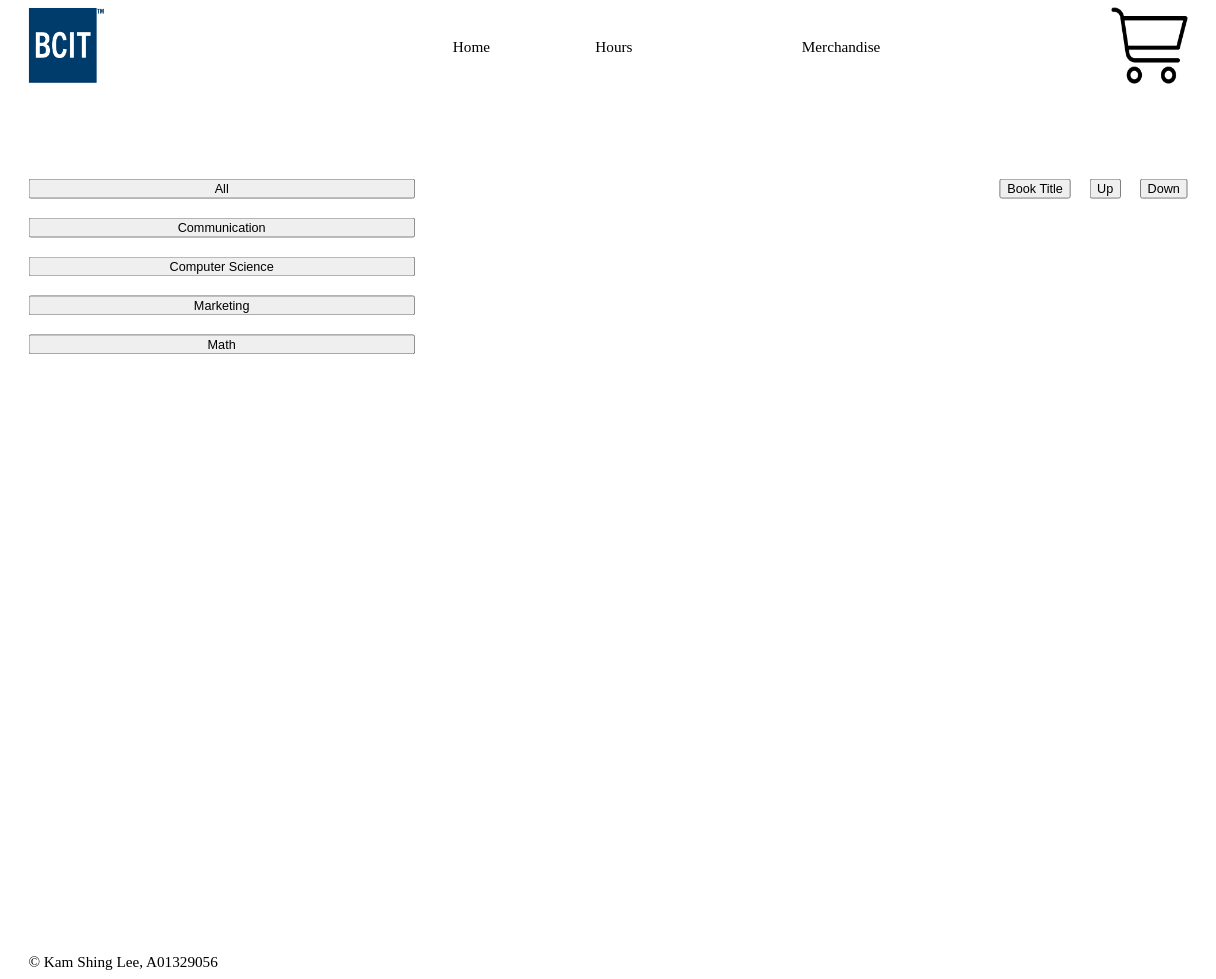
Repository: klee616/assessment3
Page: /
The author's editor kept a copy of each file at every save. The page is drawn from the files as they stood at one save, then again after the next save.
The browser window is 1280 px wide. The pictures show the whole page, at 95% of full size.
The project was rebuilt for these pictures with package versions that can differ from the ones it lists, and the page was loaded fresh each time. The framework's server and built-in components were replaced by stand-ins that run in the browser. Also part of the build but not shown: next.config.mjs, components/Product/Product.module.css, components/Product/index.js.

Above is the page before, as saved 2024-02-07 16:58:49.

After the next save:
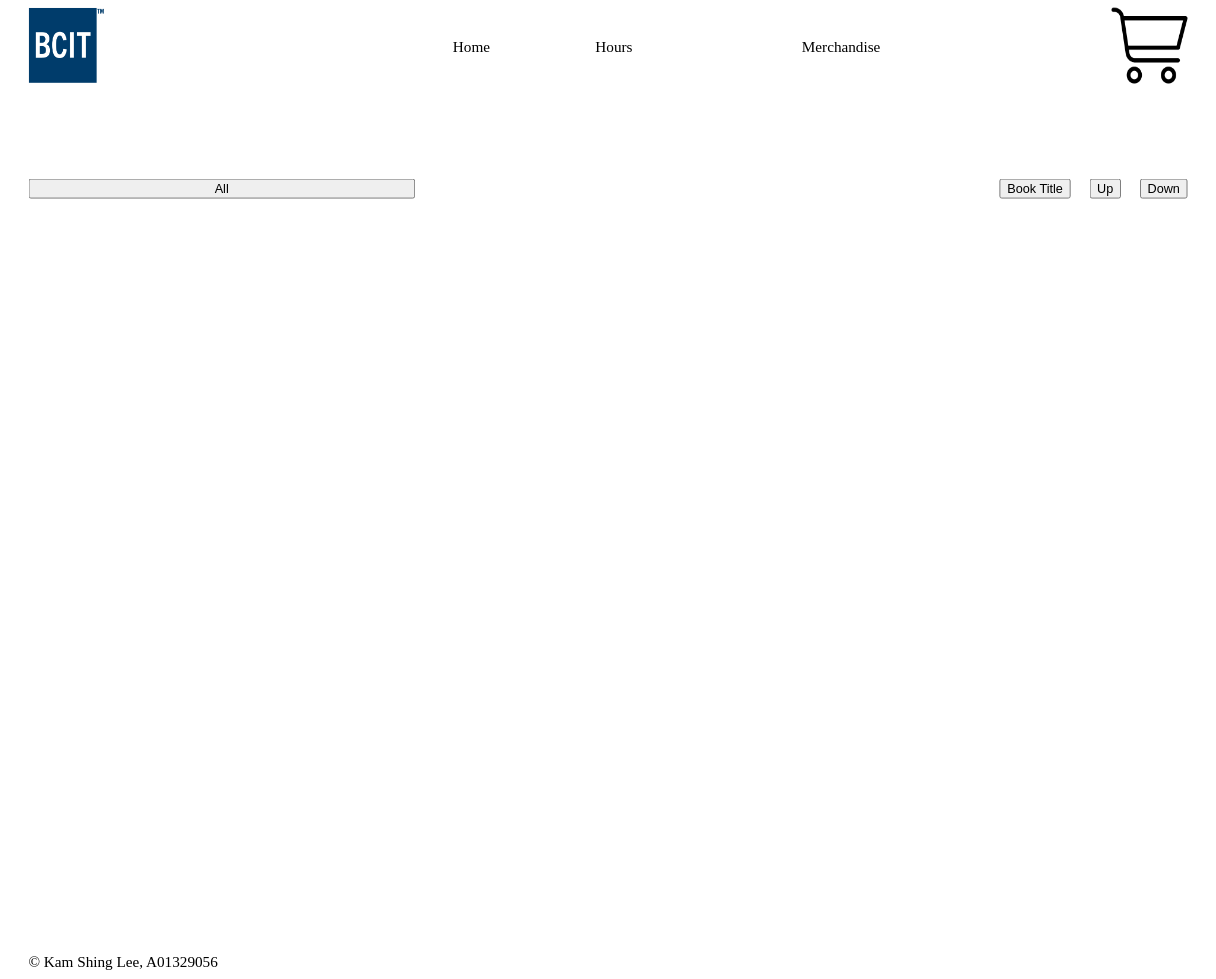
Saved 2 min 52 s later.
--- a/pages/index.js
+++ b/pages/index.js
@@ -37,15 +37,7 @@
           <div className={`${layout['col-lg-4']} ${layout['col-md-4']} ${layout['col-lg-4']}}`}>
             <div className={styles['aside-containera']}>
               <button onClick={() => setCate("")} >All</button>
-              {
-                categorys && categorys.map((cate, index) => {
-                  return (
-                    <>
-                      <button key={index} onClick={() => setCate(cate)} >{cate}</button>
-                    </>
-                  )
-                })
-              }
+
             </div>
           </div>
           <div className={`${layout['col-lg-8']} ${layout['col-md-8']} ${layout['col-lg-8']}}`}>

After the save that followed:
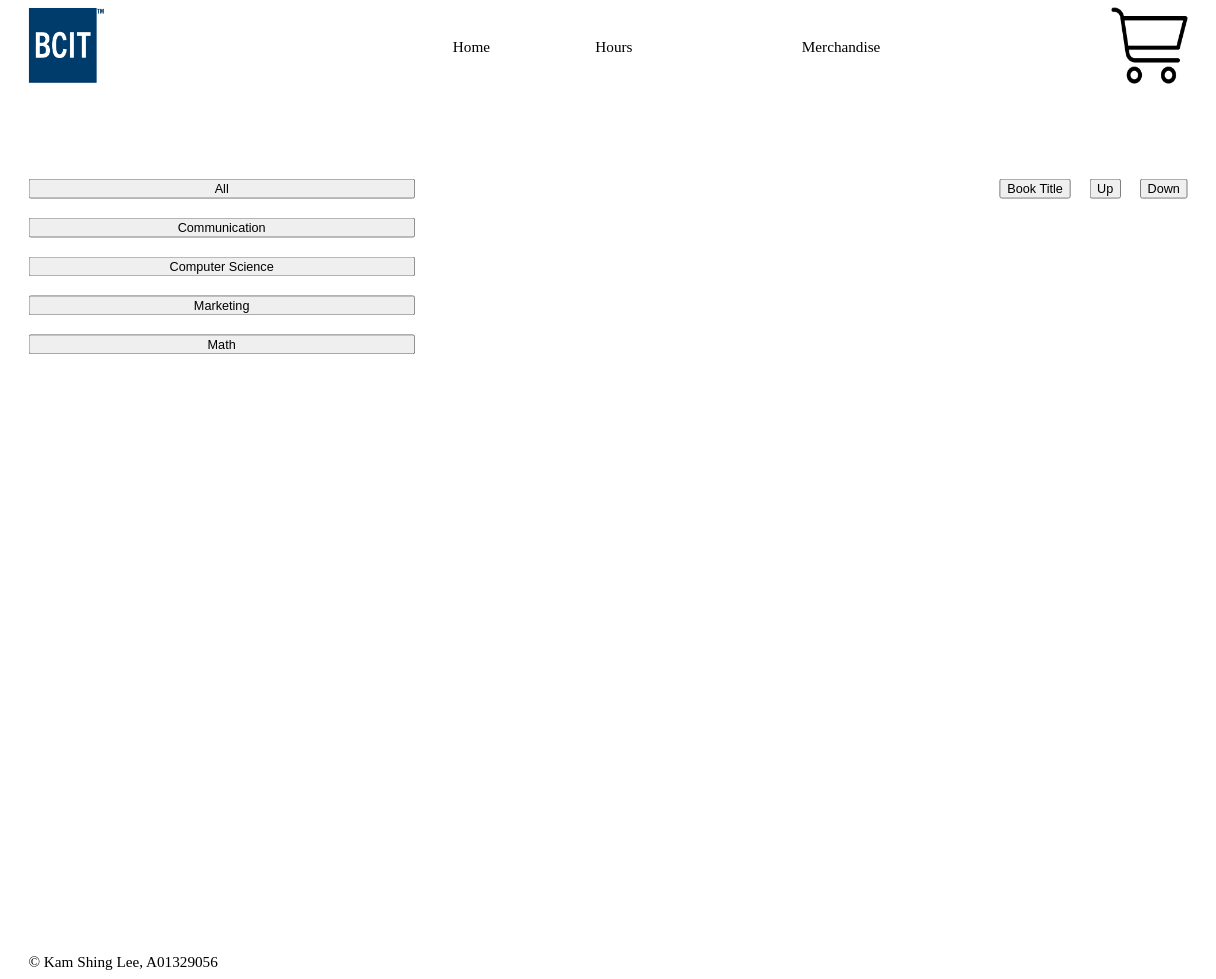
Saved 64 s later.
--- a/pages/index.js
+++ b/pages/index.js
@@ -37,7 +37,15 @@
           <div className={`${layout['col-lg-4']} ${layout['col-md-4']} ${layout['col-lg-4']}}`}>
             <div className={styles['aside-containera']}>
               <button onClick={() => setCate("")} >All</button>
-
+              {
+                categorys && categorys.map((cate, index) => {
+                  return (
+                    <>
+                      <button key={index} onClick={() => setCate(cate)} >{cate}</button>
+                    </>
+                  )
+                })
+              }
             </div>
           </div>
           <div className={`${layout['col-lg-8']} ${layout['col-md-8']} ${layout['col-lg-8']}}`}>
